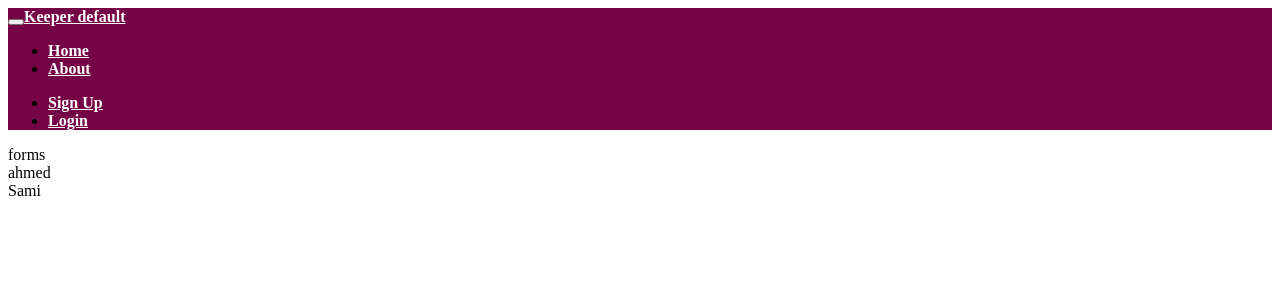
Repository: 3bdulrahman/contact-keeper
Page: / (app in client/)
The author's editor kept a copy of each file at every save. The page is drawn from the files as they stood at one save, then again after a run of saves.
The browser window is 1280 px wide. The pictures show the whole page.
The project was rebuilt for these pictures with package versions that can differ from the ones it lists, and the page was loaded fresh each time. A package was used in the major version that the imports need, not the one package.json lists. Also part of the build but not shown: client/src/components/pages/About.js.

Above is the page before, as saved 2020-04-04 20:36:34.

After the next 2 saves:
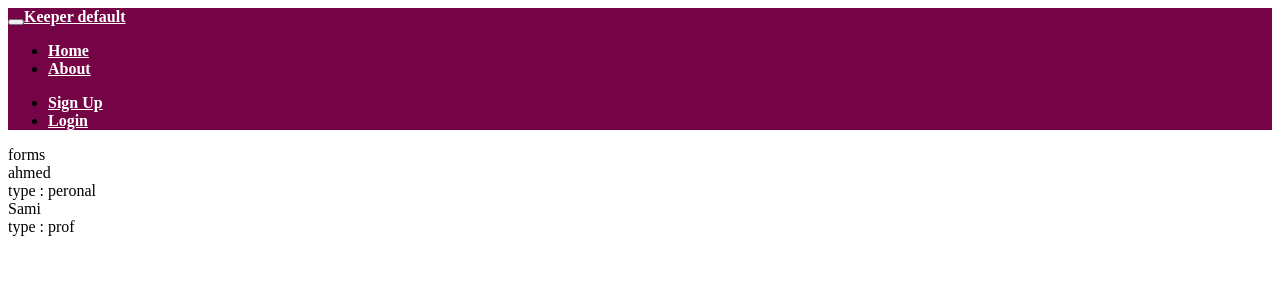
The 2 saves are shown as one change because 1 did not build or start.
The last was saved 5 min 31 s later.
--- a/client/src/components/contacts/contactsItem.js
+++ b/client/src/components/contacts/contactsItem.js
@@ -4,7 +4,10 @@ import React from 'react'
     const {id,name,email,phone,type} = contact
     return (
         <div className="card">
-              {name}
+              <div className="card-header">{name}</div>
+              <div className="card-body">
+                  type : <span class={'badge '+(type==='prof'?'badge-success':'badge-danger')}>{type}</span>
+              </div>
         </div>
     )
 }
